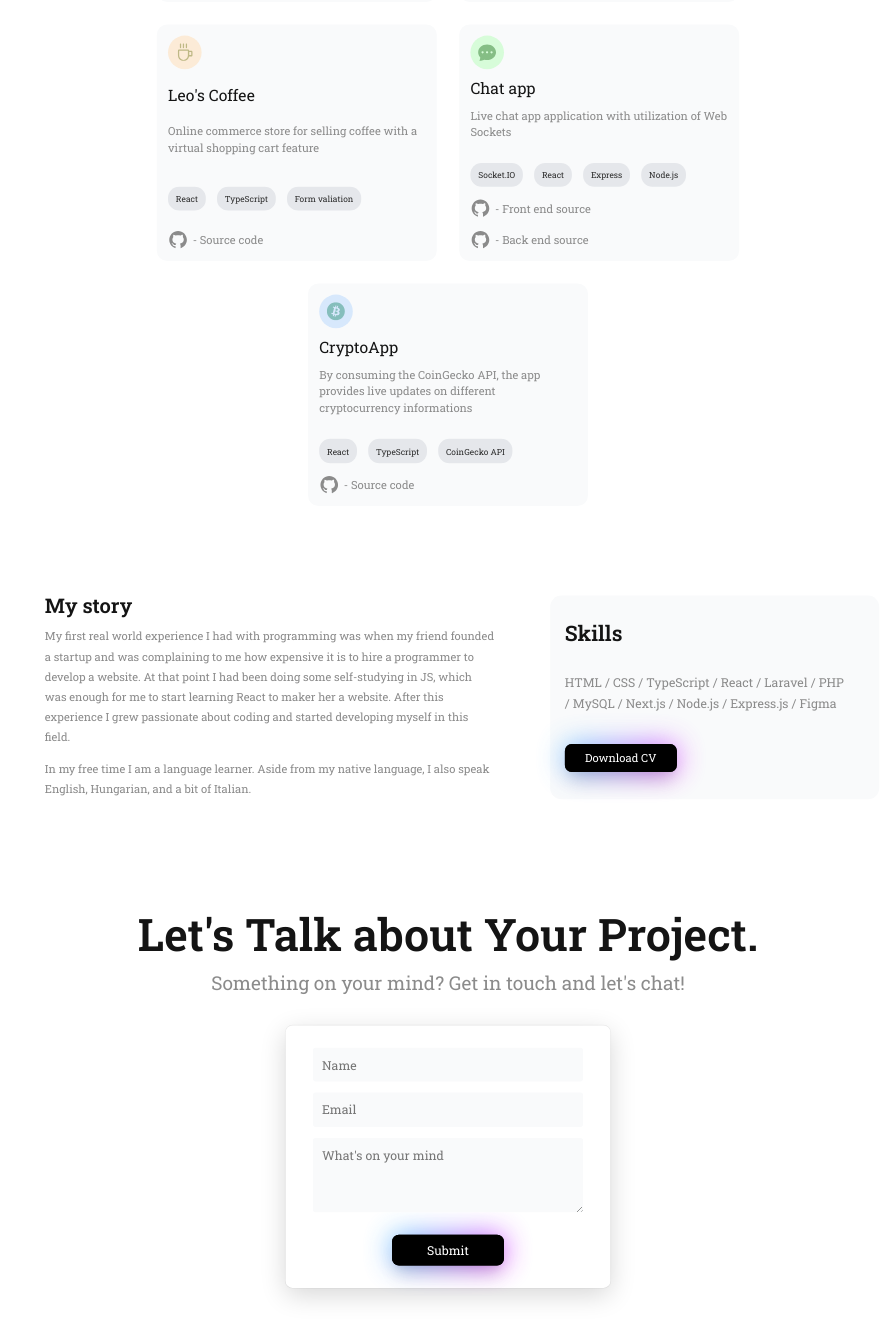
Repository: Leoka2000/portfolio-final
Page: /
These files come from the project's save history. The page is drawn as it stood at one moment and after the next save; the edit follows.
The browser window is 1280 px wide. The pictures show the part of the page from y = 1437 to 3357 px (the page is 3357 px tall), at 70% of full size.
Some web fonts or font styles are not loaded; a fallback is used. The project was rebuilt for these pictures with package versions that can differ from the ones it lists, and the page was loaded fresh each time. Some packages were replaced by stand-ins written for this rebuild. Also part of the build but not shown: src/App.css. Imported but missing from the stored project, and not drawn on this page: src/assets/BioNexus.mp4, src/assets/LeoCV.pdf, src/assets/ScholarSearch.mp4, src/assets/chat-app.mp4.

Above is the page before, as saved 2023-09-13 20:30:01.

After the next save:
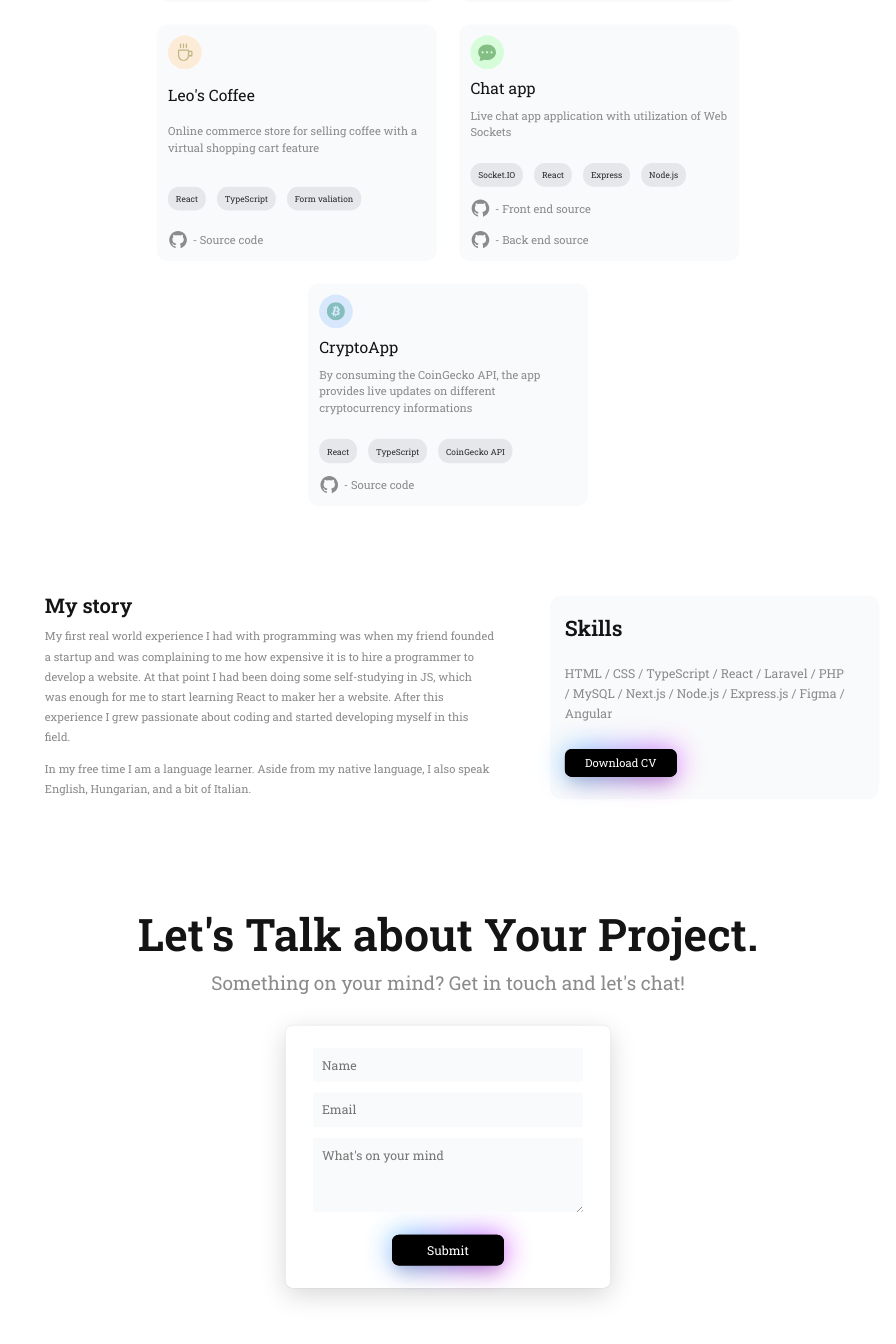
Saved 2 min 55 s later.
--- a/src/pages/main/about/skills/index.jsx
+++ b/src/pages/main/about/skills/index.jsx
@@ -8,7 +8,7 @@ const index = () => {
     return (
         <div className='right'>
             <h1>Skills</h1>
-            <p>HTML / CSS / TypeScript / React / Laravel / PHP / MySQL / Next.js / Node.js / Express.js / Figma</p>
+            <p>HTML / CSS / TypeScript / React / Laravel / PHP / MySQL / Next.js / Node.js / Express.js / Figma / Angular</p>
             <a href={CV} download className='right-btn'>Download CV</a>
         </div>
     )
